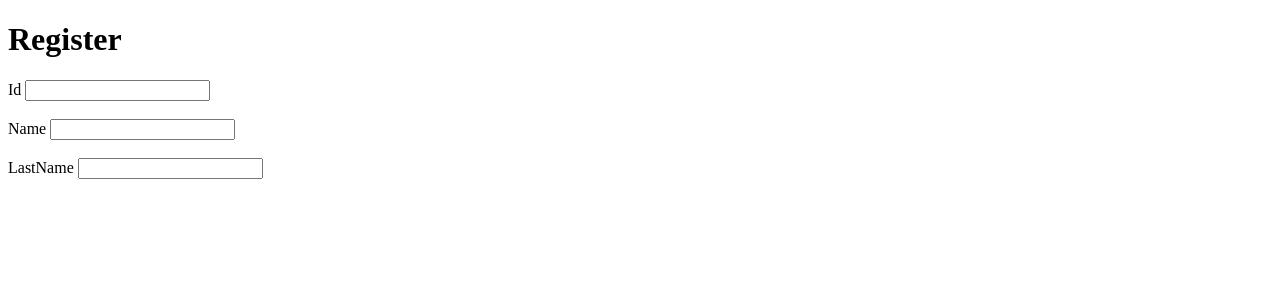
Repository: JavierGonzalez40/repo-aws-15
Page: templates/register.html
These files come from the project's save history. The page is drawn as it stood at one moment and after the next save; the edit follows.
The browser window is 1280 px wide. The pictures show the whole page.

Above is the page before, as saved 2024-09-10 00:06:24.

### templates/register.html
<!DOCTYPE html>
<html lang="en">

<head>
    <meta charset="UTF-8">
    <meta name="viewport" content="width=device-width, initial-scale=1.0">
    <title>Document</title>
</head>

<body>
    <h1>Register</h1>
    <form>
        <label> Id </label> <input> <br> <br>
        <label> Name </label> <input> <br> <br>
        <label> LastName </label> <input> <br> <br>

    </form>
</body>

</html>

After the next save:
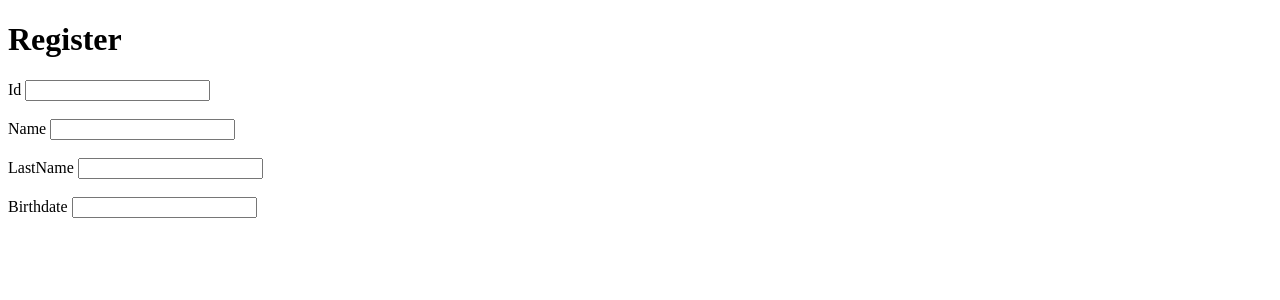
Saved 10 min 58 s later.
--- a/templates/register.html
+++ b/templates/register.html
@@ -13,7 +13,7 @@
         <label> Id </label> <input> <br> <br>
         <label> Name </label> <input> <br> <br>
         <label> LastName </label> <input> <br> <br>
-
+        <label> Birthdate  </label> <input> <br> <br>
     </form>
 </body>
 
